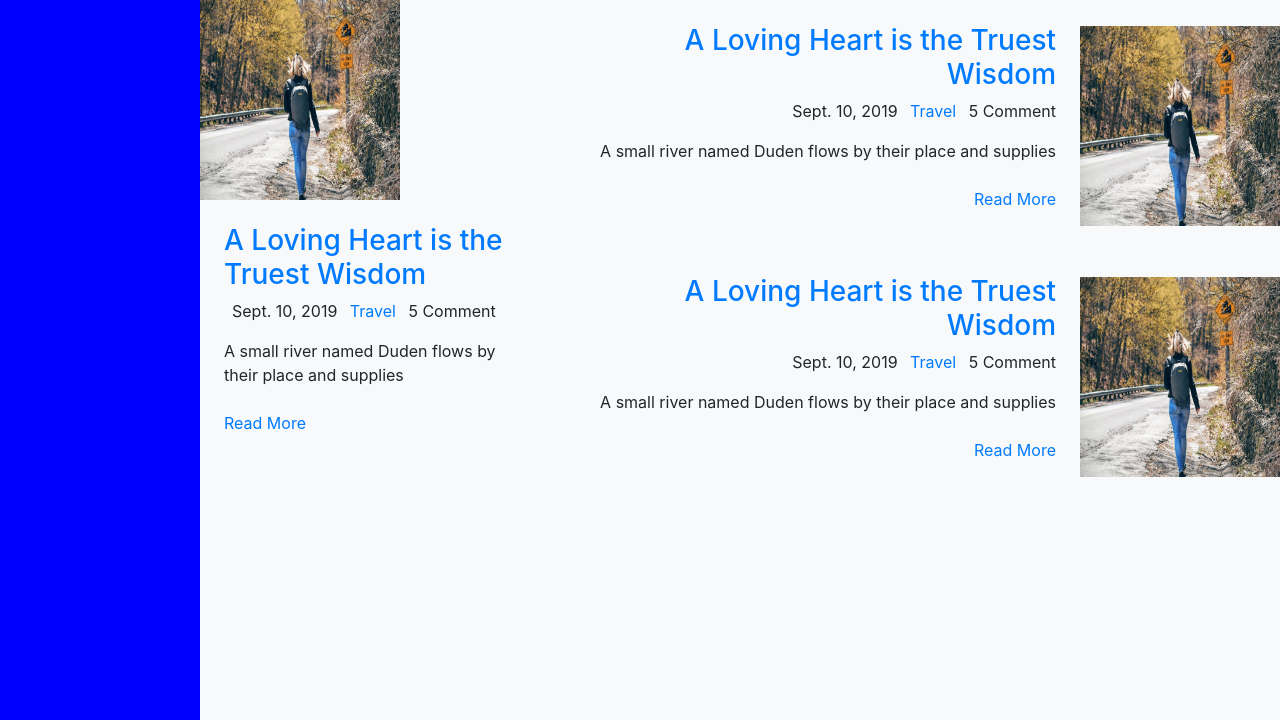
Repository: tts2610/GoogleNews
Page: index.html
The author's editor kept a copy of each file at every save. The page is drawn from the files as they stood at one save, then again after the next save.
The browser window is 1280 px wide. The pictures show the whole page.
The page's requests for data from a server got no answer. An inner scrolling area shows only its first screen.

Above is the page before, as saved 2020-05-20 13:45:23.

### index.html
<!DOCTYPE html>
<html lang="en">

<head>
    <meta charset="UTF-8">
    <meta name="viewport" content="width=device-width, initial-scale=1.0">
    <title>Document</title>
    <link rel="stylesheet" href="https://maxcdn.bootstrapcdn.com/bootstrap/4.4.1/css/bootstrap.min.css">

    <!-- jQuery library -->
    <script src="https://ajax.googleapis.com/ajax/libs/jquery/3.5.1/jquery.min.js"></script>

    <!-- Popper JS -->
    <script src="https://cdnjs.cloudflare.com/ajax/libs/popper.js/1.16.0/umd/popper.min.js"></script>

    <!-- Latest compiled JavaScript -->
    <script src="https://maxcdn.bootstrapcdn.com/bootstrap/4.4.1/js/bootstrap.min.js"></script>
    <link rel="stylesheet" href="css/style.css">
</head>

<body>
    <div class="myContainer">
        <div class="sidenav"></div>
        <div class="content">
            <div class="row">
                <div class="col-4 d-flex">
                    <div class="blog-entry">
                        <div>
                            <img src="img/image_8.jpg" width="200" height="200">
                        </div>


                        <div class="text p-4">
                            <h3 class="mb-2"><a href="single.html">A Loving Heart is the Truest Wisdom</a></h3>
                            <div class="meta-wrap">
                                <p class="meta">
                                    <span><i class="icon-calendar mr-2"></i>Sept. 10, 2019</span>
                                    <span><a href="single.html"><i class="icon-folder-o mr-2"></i>Travel</a></span>
                                    <span><i class="icon-comment2 mr-2"></i>5 Comment</span>
                                </p>
                            </div>
                            <p class="mb-4">A small river named Duden flows by their place and supplies</p>
                            <p><a href="#" class="btn-custom">Read More <span class="ion-ios-arrow-forward"></span></a></p>
                        </div>
                    </div>
                </div>
                <div class="col-8 d-flex">
                    <div class="row">
                        <div class="col-md-12">
                            <div class="blog-entry ftco-animate d-md-flex align-items-center">
                                <div class="text text-2 text-md-right p-4">
                                    <h3 class="mb-2"><a href="single.html">A Loving Heart is the Truest Wisdom</a></h3>
                                    <div class="meta-wrap">
                                        <p class="meta">
                                            <span><i class="icon-calendar mr-2"></i>Sept. 10, 2019</span>
                                            <span><a href="single.html"><i class="icon-folder-o mr-2"></i>Travel</a></span>
                                            <span><i class="icon-comment2 mr-2"></i>5 Comment</span>
                                        </p>
                                    </div>
                                    <p class="mb-4">A small river named Duden flows by their place and supplies</p>
                                    <p><a href="#" class="btn-custom">Read More <span class="ion-ios-arrow-forward"></span></a></p>
                                </div>
                                <div class="news-img"><img src="img/image_8.jpg" width="200" height="200"></div>
                            </div>
                        </div>
                        <div class="col-md-12">
                            <div class="blog-entry ftco-animate d-md-flex align-items-center">
                                <div class="text text-2 text-md-right p-4">
                                    <h3 class="mb-2"><a href="single.html">A Loving Heart is the Truest Wisdom</a></h3>
                                    <div class="meta-wrap">
                                        <p class="meta">
                                            <span><i class="icon-calendar mr-2"></i>Sept. 10, 2019</span>
                                            <span><a href="single.html"><i class="icon-folder-o mr-2"></i>Travel</a></span>
                                            <span><i class="icon-comment2 mr-2"></i>5 Comment</span>
                                        </p>
                                    </div>
                                    <p class="mb-4">A small river named Duden flows by their place and supplies</p>
                                    <p><a href="#" class="btn-custom">Read More <span class="ion-ios-arrow-forward"></span></a></p>
                                </div>
                                <div class="news-img"><img src="img/image_8.jpg" width="200" height="200"></div>
                            </div>
                        </div>
                    </div>
                </div>
            </div>


        </div>
    </div>

    <script src="js/script.js"></script>
</body>

</html>

### css/style.css
body {
    margin: 0
}

.myContainer {
    display: flex;
    justify-content: start;
}

.sidenav {
    height: 100vh;
    width: 200px;
    float: left;
    position: relative;
    background-color: blue;
}

.content {
    height: 100vh;
    width: calc(100% - 200px);
    float: right;
    position: relative;
    background-color: #f8f9fa;
    overflow-y: scroll;
}

#news-left-img {
    width: fit-content;
}

### js/script.js
let newsList = [];
const apiKey = "2dc86bcdc7184b17b45b74b30858f75a"
const loadNews = async() => {
    let url = `https://newsapi.org/v2/top-headlines?country=us&apiKey=${apiKey}`;
    let data = await fetch(url);
    let result = await data.json();

    console.log("what we get here", result);
}

loadNews();

After the next save:
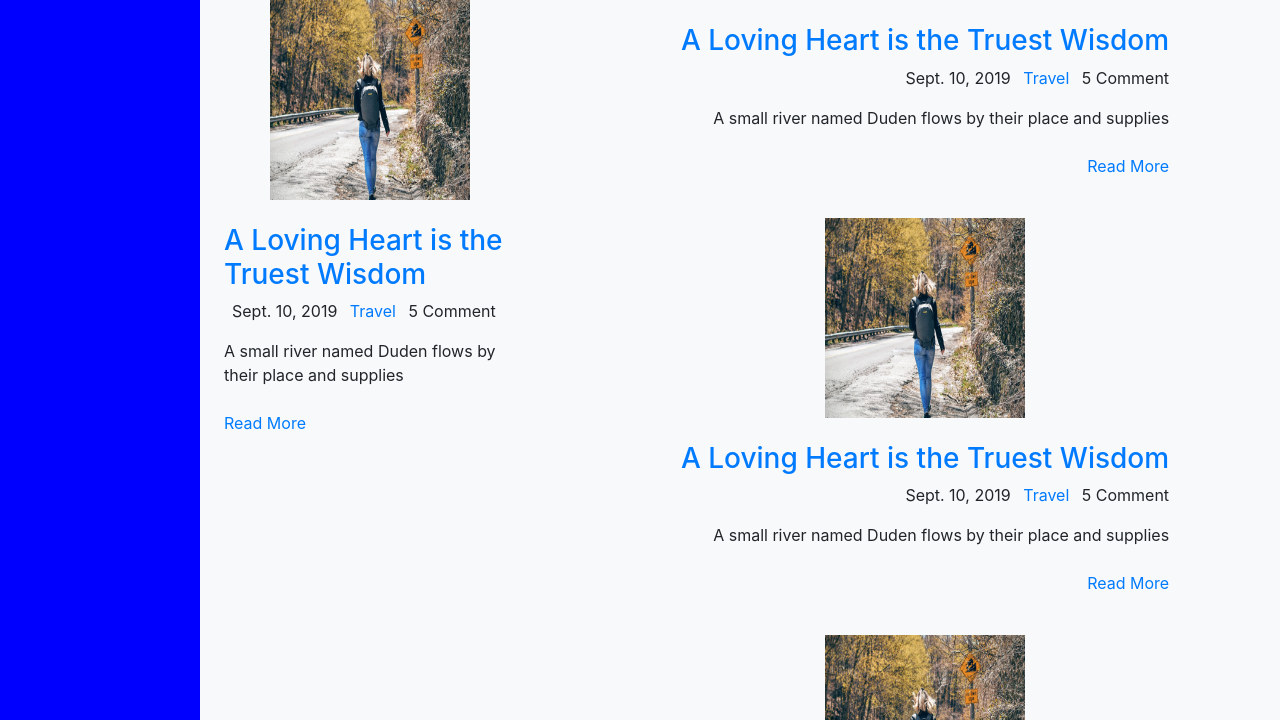
Saved 3 min 8 s later.
--- a/css/style.css
+++ b/css/style.css
@@ -24,6 +24,8 @@
     overflow-y: scroll;
 }
 
-#news-left-img {
-    width: fit-content;
+.blog-entry {
+    display: flex;
+    flex-direction: column;
+    align-items: center;
 }

After the save that followed:
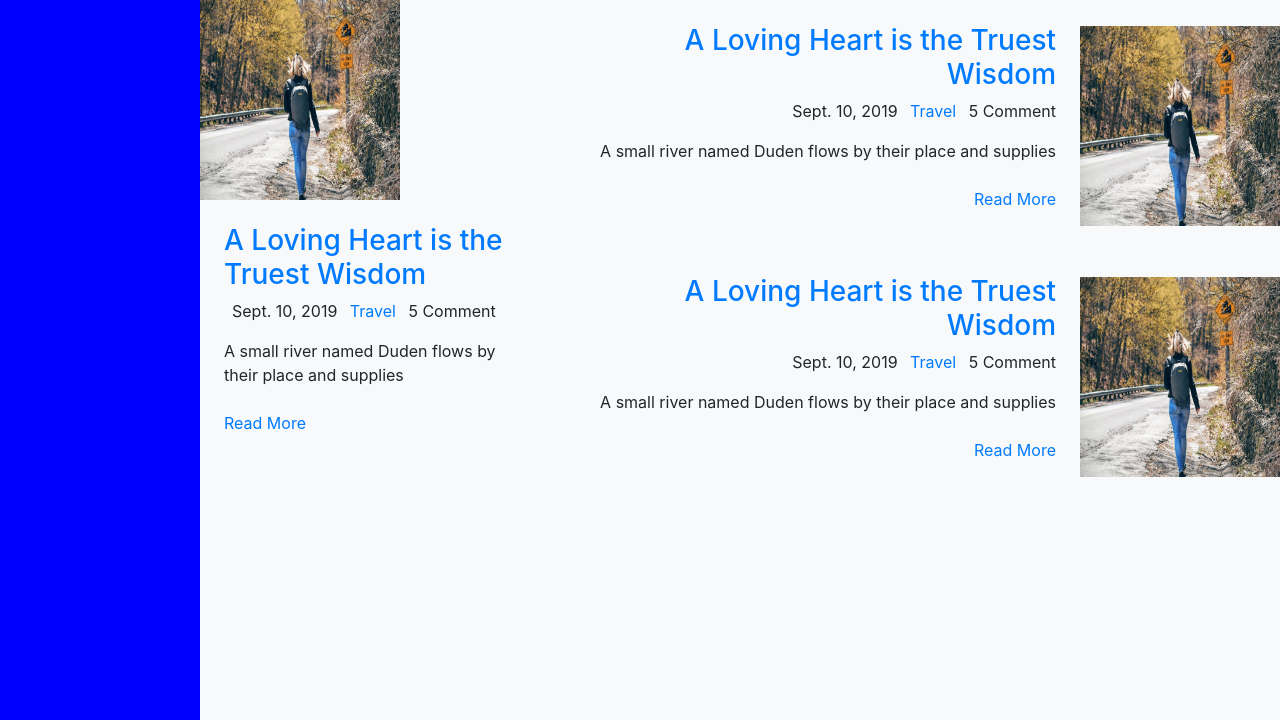
Saved 37 s later.
--- a/css/style.css
+++ b/css/style.css
@@ -24,8 +24,9 @@
     overflow-y: scroll;
 }
 
-.blog-entry {
+
+/* .blog-entry {
     display: flex;
     flex-direction: column;
     align-items: center;
-}
+} */
